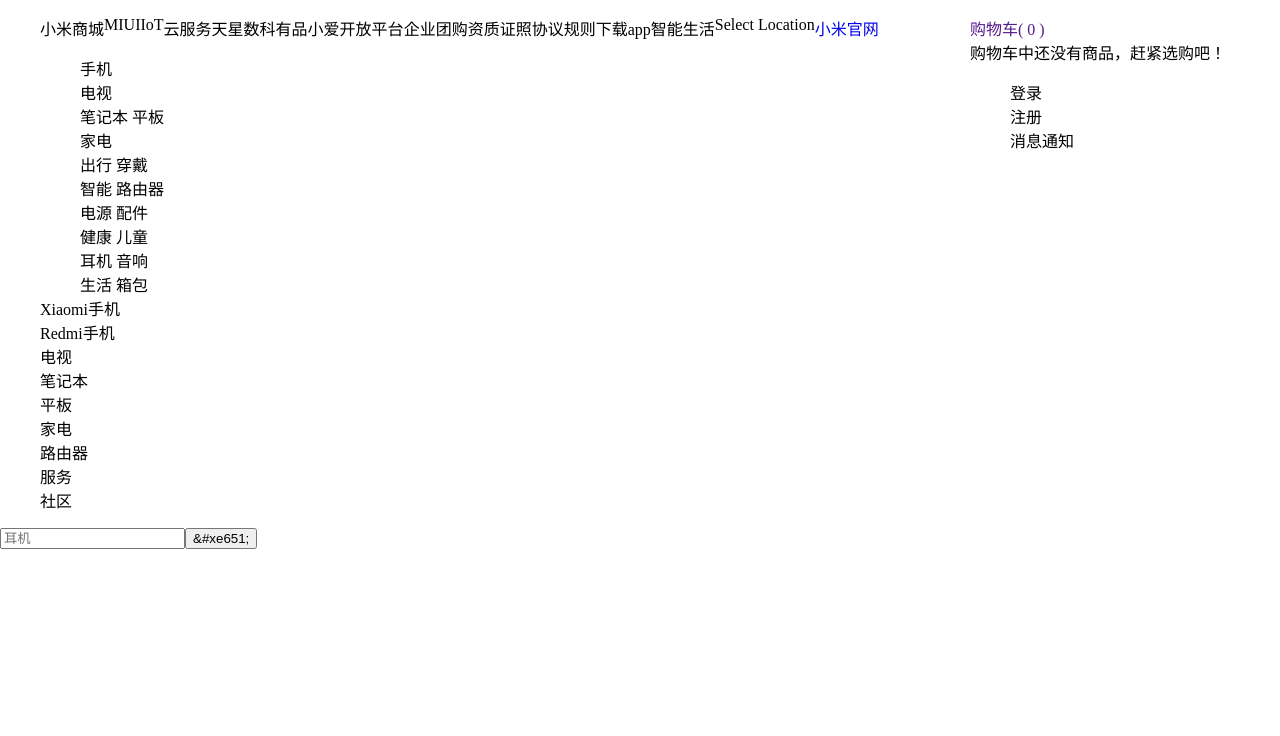
Repository: PLA-31695/Xiaomi
Page: /#/login
An editor plug-in stored every save of this project. The page is shown before and after the next save, followed by the edit.
The browser window is 1280 px wide. The pictures show the whole page.
The project was rebuilt for these pictures with package versions that can differ from the ones it lists, and the page was loaded fresh each time. Also part of the build but not shown: vue.config.js.

Above is the page before, as saved 2022-03-20 13:36:11.

### src/main.js
import Vue from 'vue'
import App from './App.vue'
import '@/assets/css/global.css'

Vue.config.productionTip = false

new Vue({
  render: h => h(App),
}).$mount('#app')

### src/App.vue
<template>
  <MyHeader></MyHeader>
</template>

<script>
import MyHeader from '@/components/Header/my-header'
export default {
  name: 'App',
  components: {
    MyHeader
  }
}
</script>

<style>
#app {
  font-family: Avenir, Helvetica, Arial, sans-serif;
  -webkit-font-smoothing: antialiased;
  -moz-osx-font-smoothing: grayscale;
  text-align: center;
  color: #2c3e50;
  margin-top: 60px;
}
</style>

### src/assets/css/global.css
html,body,#app{
    height: 100%;
    width:100%;
    margin:0;
    padding:0;
}
.container{
    width: 1226px;
}
ul{
    list-style: none;
}
a{
    text-decoration: none;
}

### src/components/Header/my-header.vue
<template>
   <header class="header">
        <div class="site-topbar">
            <div class="container">
                <div class="topbar-left">
                    <ul>
                        <li>小米商城</li>
                        <li>MIUI</li>
                        <li>IoT</li>
                        <li>云服务</li>
                        <li>天星数科</li>
                        <li>有品</li>
                        <li>小爱开放平台</li>
                        <li>企业团购</li>
                        <li>资质证照</li>
                        <li>协议规则</li>
                        <li>下载app</li>
                        <li>智能生活</li>
                        <li>Select Location</li>
                    </ul>
                </div>
               <div class="topbar-right">
                   <a href="">
                    <div class="topbar-cart">
                        购物车( 0 )
                    </div>
                   </a>
                   <div class="cart-menu">
                    购物车中还没有商品，赶紧选购吧！
                   </div>
                   <div class="topbar-usrInfo">
                    <ul>
                        <li>登录</li>
                        <li>注册</li>
                        <li>消息通知</li>
                    </ul>
                </div>
               </div>
            </div>

        </div>
        <div class="site-header">
            <div class="container">
                <div class="header-logo">
                    <a href="index.html">小米官网</a>
                </div>
                <div class="header-nav">
                    <ul>
                        <li class="nav-category">
                            <div class="site-category">
                                <ul>
                                    <li>手机</li>
                                    <li>电视</li>
                                    <li>笔记本 平板</li>
                                    <li>家电</li>
                                    <li>出行 穿戴</li>
                                    <li>智能 路由器</li>
                                    <li>电源 配件</li>
                                    <li>健康 儿童</li>
                                    <li>耳机 音响</li>
                                    <li>生活 箱包</li>
                                </ul>
                            </div>
                        </li>
                        <li class="nav-item">Xiaomi手机</li>
                        <li class="nav-item">Redmi手机</li>
                        <li class="nav-item">电视</li>
                        <li class="nav-item">笔记本</li>
                        <li class="nav-item">平板</li>
                        <li class="nav-item">家电</li>
                        <li class="nav-item">路由器</li>
                        <li class="nav-item">服务</li>
                        <li class="nav-item">社区</li>
                    </ul>
                </div>
                <div class="header-search">
                    <input type="search" placeholder="耳机" class="search-text">
                    <input type="submit" class="search-btn" value="&#xe651;">
                </div>
            </div>
        </div>
   </header>
</template>

<script>
export default {
    name:'my-header'
}
</script>

<style lang="less">
    .site-topbar{
        .topbar-left{
            ul li {
                float: left;
            }
        }
        .topbar-right{
            float: right;
        }
    }
</style>

Loaded but not shown: public/index.html (common file)

After the next save:
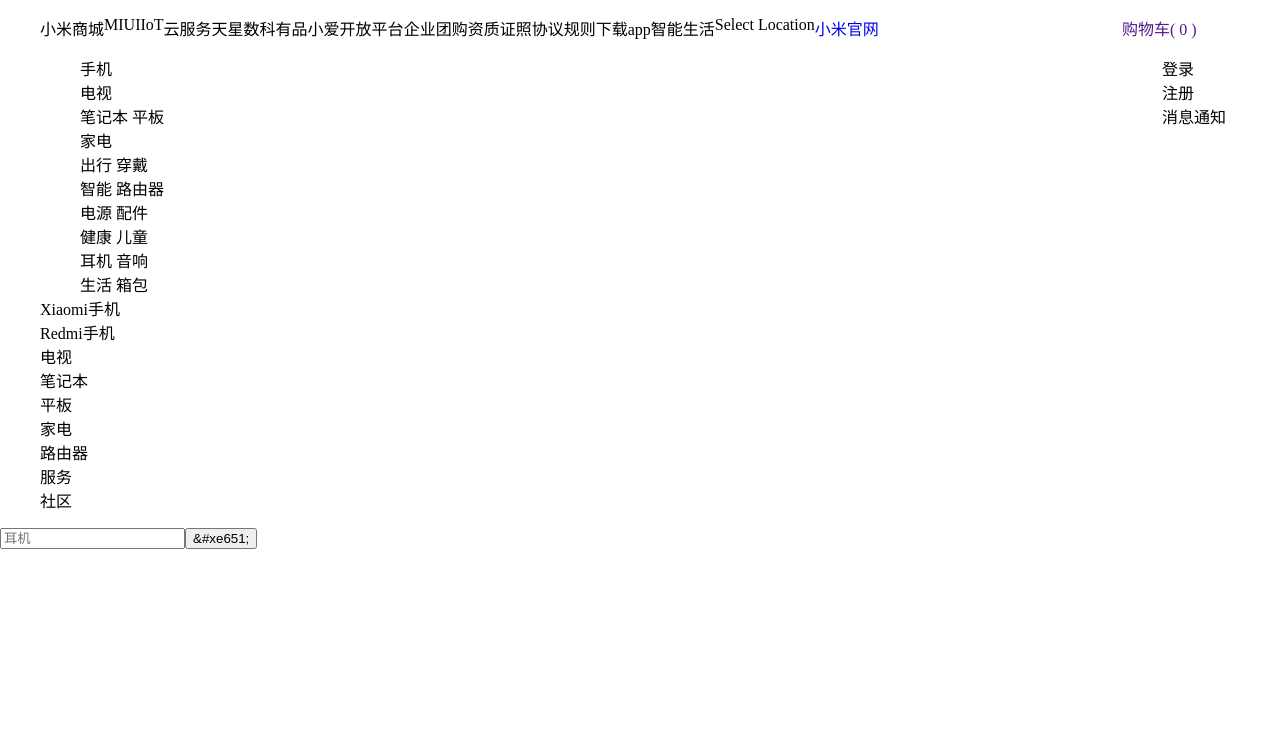
Saved 30 s later.
--- a/src/components/Header/my-header.vue
+++ b/src/components/Header/my-header.vue
@@ -25,9 +25,9 @@
                         购物车( 0 )
                     </div>
                    </a>
-                   <div class="cart-menu">
+                   <!-- <div class="cart-menu">
                     购物车中还没有商品，赶紧选购吧！
-                   </div>
+                   </div> -->
                    <div class="topbar-usrInfo">
                     <ul>
                         <li>登录</li>
